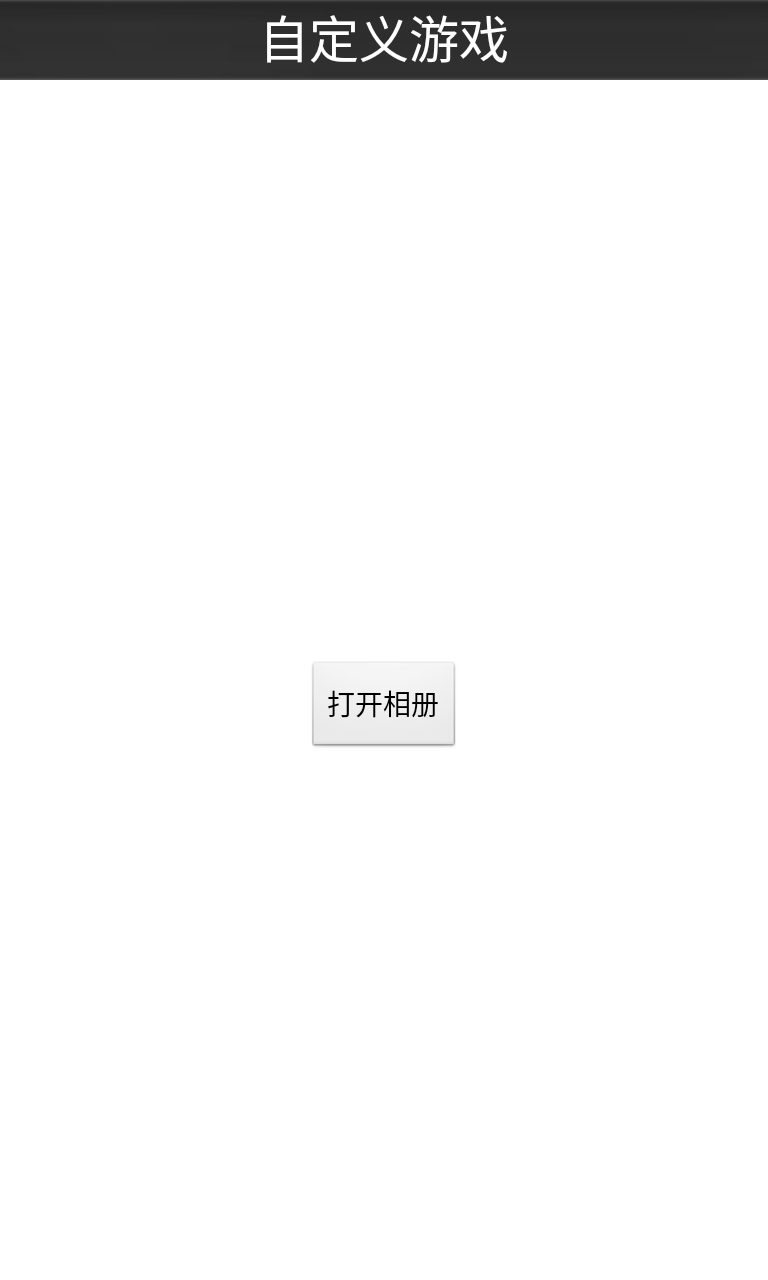
Repository: hosle/gad2
Layout: Pintu/res/layout/activity_personal_game.xml
An editor plug-in stored every save of this project. The layout is shown before and after the next save, followed by the edit.
It is drawn on a 768 x 1280 px phone screen (xhdpi) without system bars, with theme AppTheme; the app's code is not run. Lists and similar views that code fills are empty. The app's manifest (not shown) leaves right-to-left support off. So textAlignment, textDirection and layoutDirection are ignored, and left and right values win over start and end ones.

Above is the layout before, as saved 2015-06-26 09:06:56.

After the next save:
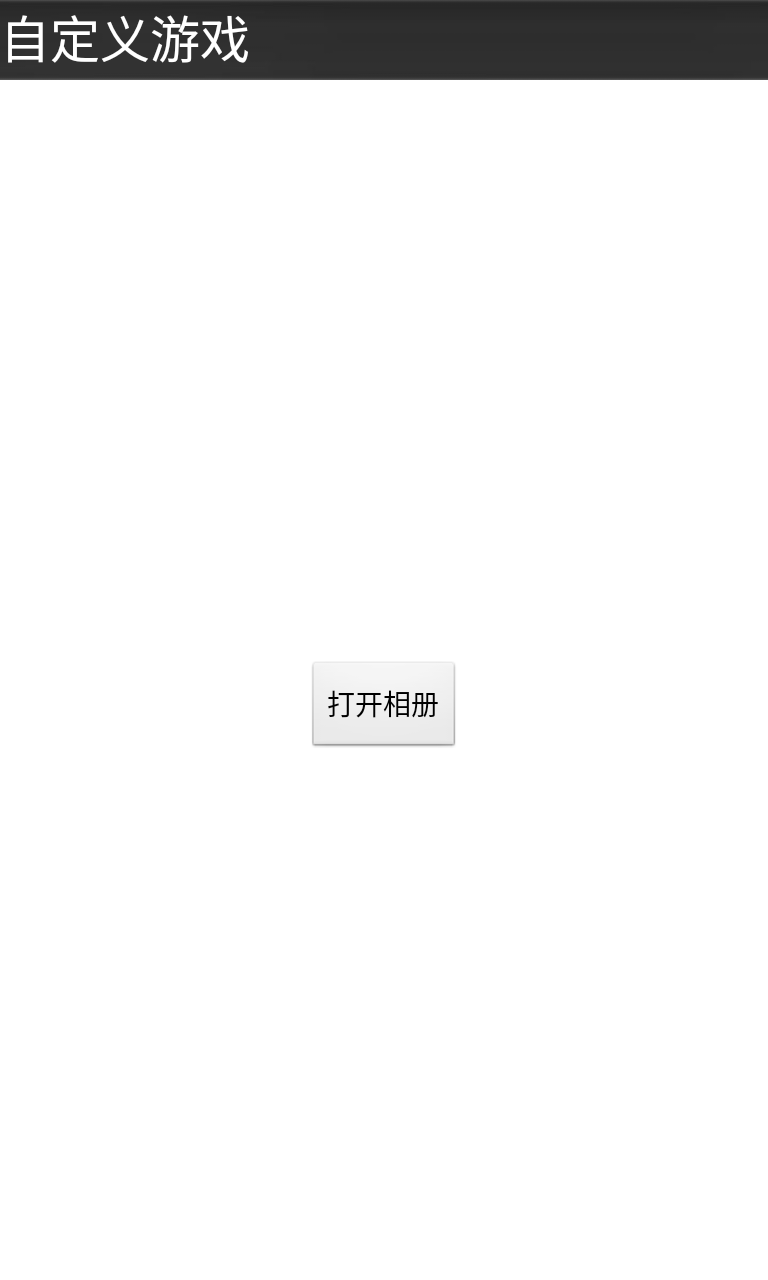
Saved 19 s later.
--- a/Pintu/res/layout/activity_personal_game.xml
+++ b/Pintu/res/layout/activity_personal_game.xml
@@ -19,7 +19,7 @@
             android:layout_width="match_parent"
             android:layout_height="wrap_content"
 
-            android:gravity="center"
+            android:gravity="center_vertical"
             android:text="自定义游戏"
             android:textAlignment="center"
             android:textColor="#ffffffff"

After the save that followed:
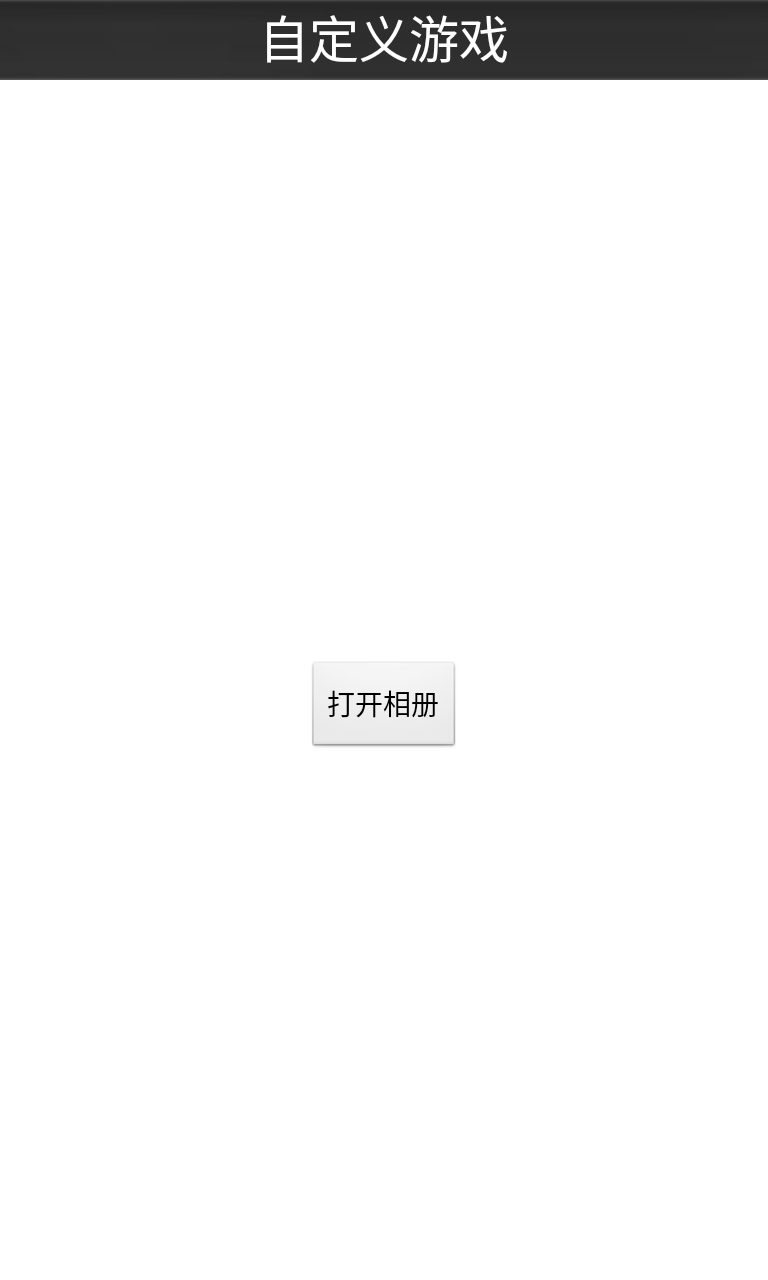
Saved 6 s later.
--- a/Pintu/res/layout/activity_personal_game.xml
+++ b/Pintu/res/layout/activity_personal_game.xml
@@ -19,7 +19,7 @@
             android:layout_width="match_parent"
             android:layout_height="wrap_content"
 
-            android:gravity="center_vertical"
+            android:gravity="center"
             android:text="自定义游戏"
             android:textAlignment="center"
             android:textColor="#ffffffff"
